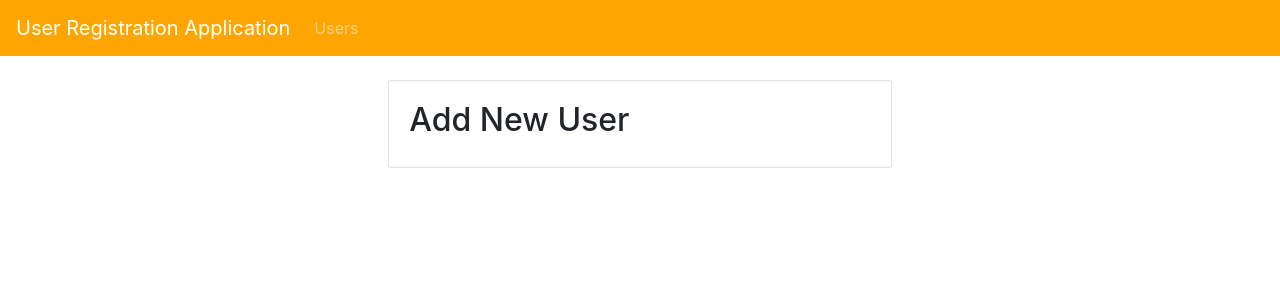
Repository: Malli120391/UserRegistrationSystemCrud
Page: http://localhost/UserRegistrationSystem/userform.jsp
These files come from the project's save history. The page is drawn as it stood at one moment and after the next save; the edit follows.
The browser window is 1280 px wide. The pictures show the whole page.
The page is served by Tomcat 9.

Above is the page before, as saved 2020-12-27 03:05:03.

After the next save:
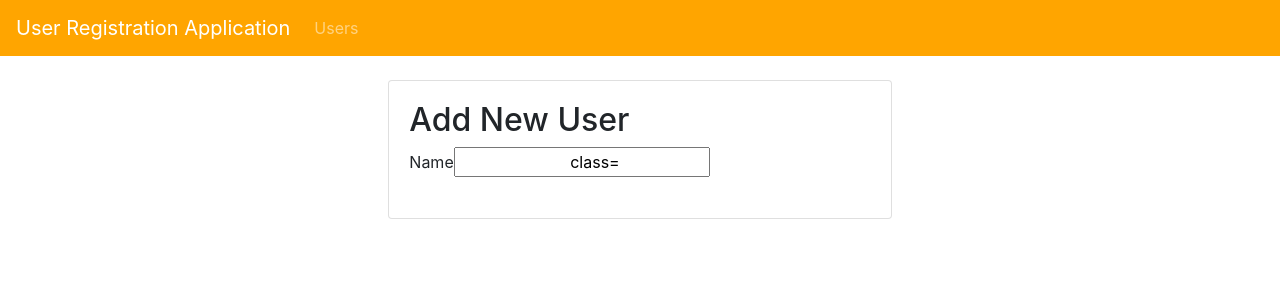
Saved 5 min 29 s later.
--- a/UserRegistrationSystem/WebContent/userform.jsp
+++ b/UserRegistrationSystem/WebContent/userform.jsp
@@ -57,6 +57,11 @@
                     <input type="hidden" name="id" value="<c:out value='${user.id}'/>"/>
                   </c:if>
 
+                   <fieldset class="form-group">
+                    <label>Name</label><input type="text" value=<c:out value='${user.name}'/>"
+                        class="form-control" name="name" required="required">
+                   </fieldset>
+
             </div>
            </div>
         </div>
